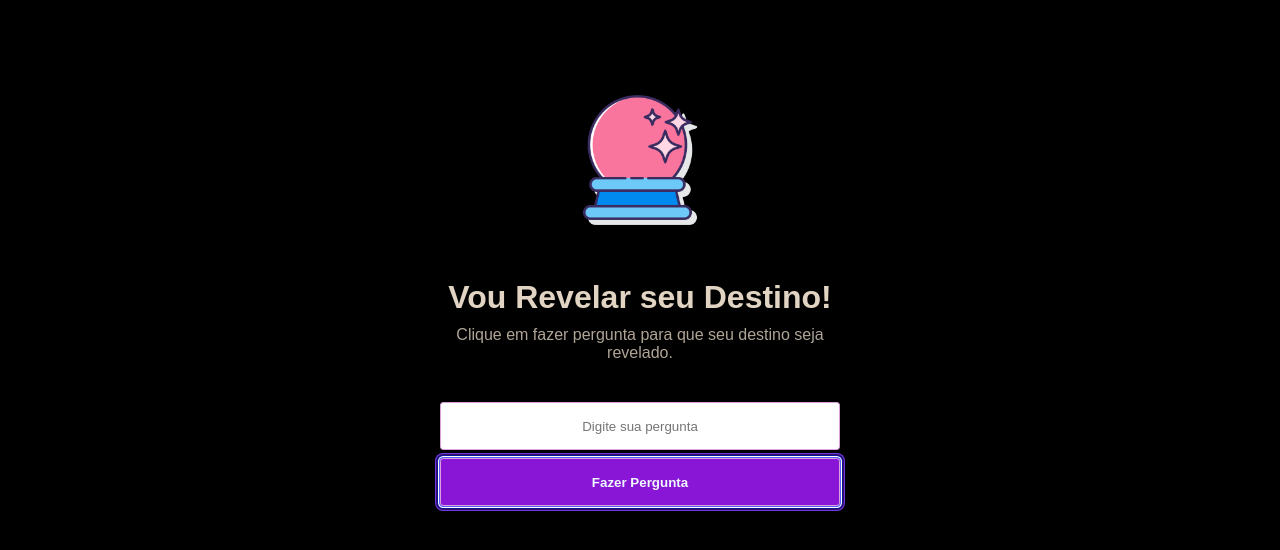
Repository: guilhermecardoso93/nlwexplorer
Page: index.html
The author's editor kept a copy of each file at every save. The page is drawn from the files as they stood at one save, then again after the next save.
The browser window is 1280 px wide. The pictures show the whole page.
The pointer rests on the first visible `button`.

Above is the page before, as saved 2022-06-09 00:03:18.

After the next save:
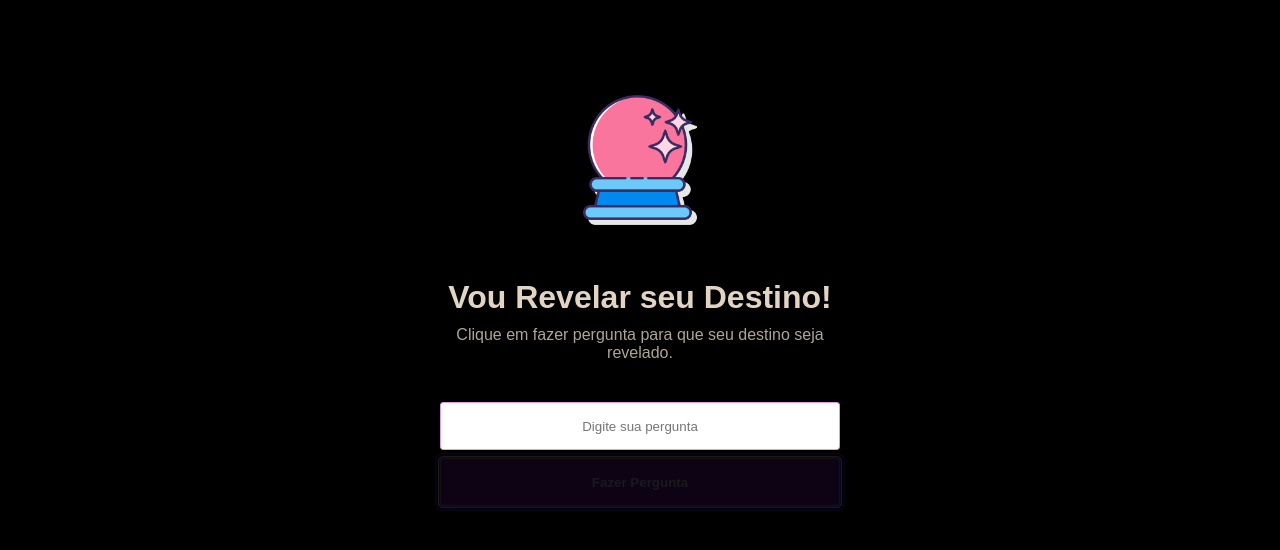
Saved 80 s later.
--- a/styles.css
+++ b/styles.css
@@ -71,6 +71,7 @@
 }
 
 button:hover {
+  filter: brightness(0.1);
   box-shadow: rgb(85, 91, 255) 0px 0px 0px 1px,
     rgb(255, 255, 255) 0px 0px 0px 2px, rgb(8, 23, 153) 0px 0px 0px 3px,
     rgb(60, 11, 100) 0px 0px 0px 4px, rgb(108, 57, 228) 0px 0px 0px 5px;
